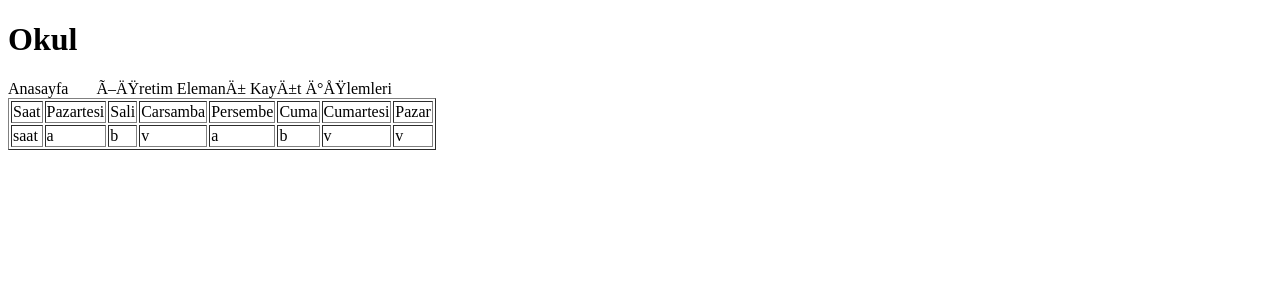
Repository: Egemen-ve-Burakhan-internet-final/final
Page: http://localhost/ogretim/
An editor plug-in stored every save of this project. The page is shown before and after the next save, followed by the edit.
The browser window is 1280 px wide. The pictures show the whole page.
The page is served by Tomcat 9.

Above is the page before, as saved 2020-05-25 13:47:37.

After the next save:
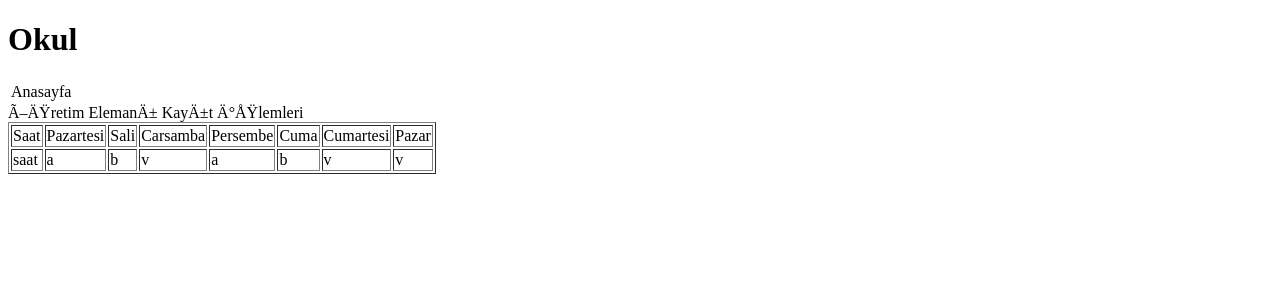
Saved 38 s later.
--- a/okul/ogretim/WebContent/index.jsp
+++ b/okul/ogretim/WebContent/index.jsp
@@ -13,7 +13,12 @@
 		</div>
 
 		<div>
-			<a>Anasayfa</a>&nbsp&nbsp&nbsp&nbsp&nbsp&nbsp
+		<table>
+			<tr>
+				<td><a>Anasayfa</a>&nbsp&nbsp&nbsp&nbsp&nbsp&nbsp</td>
+			</tr>
+		</table>
+
 			<a>Öğretim Elemanı Kayıt İşlemleri</a>
 		</div>
 
